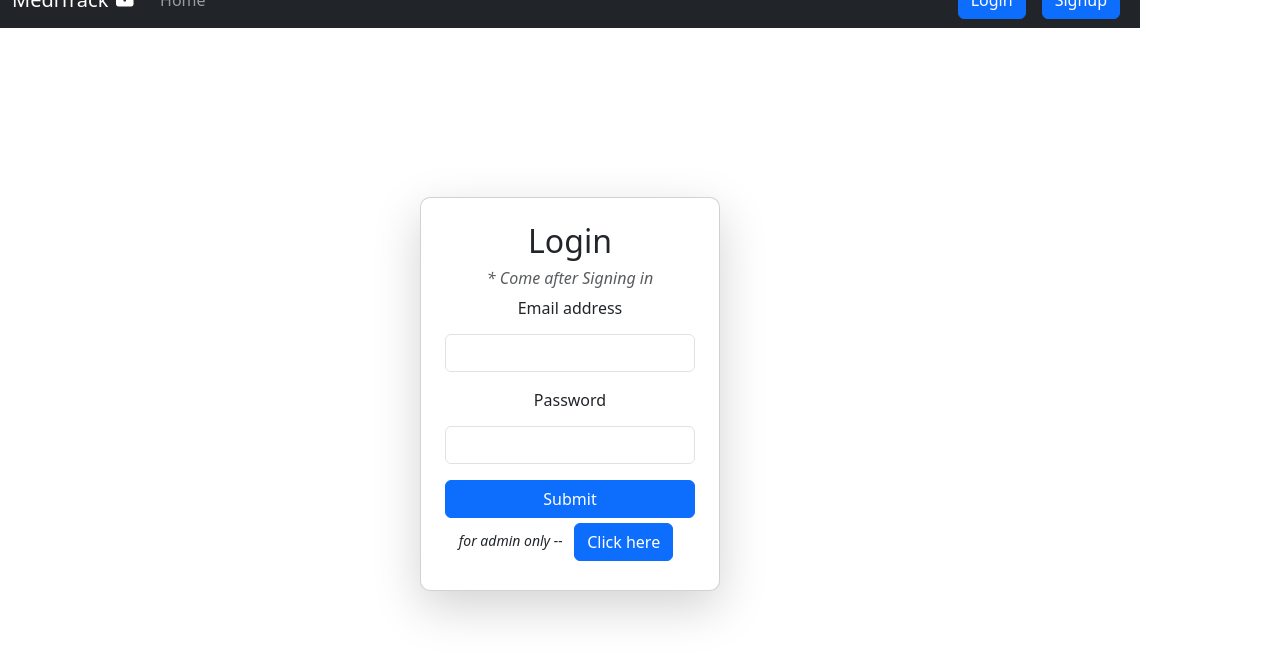
Repository: rahul-chakradhari/PillWise
Page: /login (app in frontend/)
These files come from the project's save history. The page is drawn as it stood at one moment and after a run of saves; the edit follows.
The browser window is 1280 px wide. The pictures show the whole page.
The project was rebuilt for these pictures with package versions that can differ from the ones it lists, and the page was loaded fresh each time. Also part of the build but not shown: frontend/vite.config.js, frontend/src/components/Home.jsx, frontend/src/components/History.jsx, frontend/src/components/Remainder.jsx, frontend/src/components/Doctors.jsx, frontend/src/components/Healthy.jsx, frontend/src/components/Prescription.jsx, frontend/src/components/Signup.jsx and 1 more.

Above is the page before, as saved 2025-03-10 16:03:17.

After the next 2 saves:
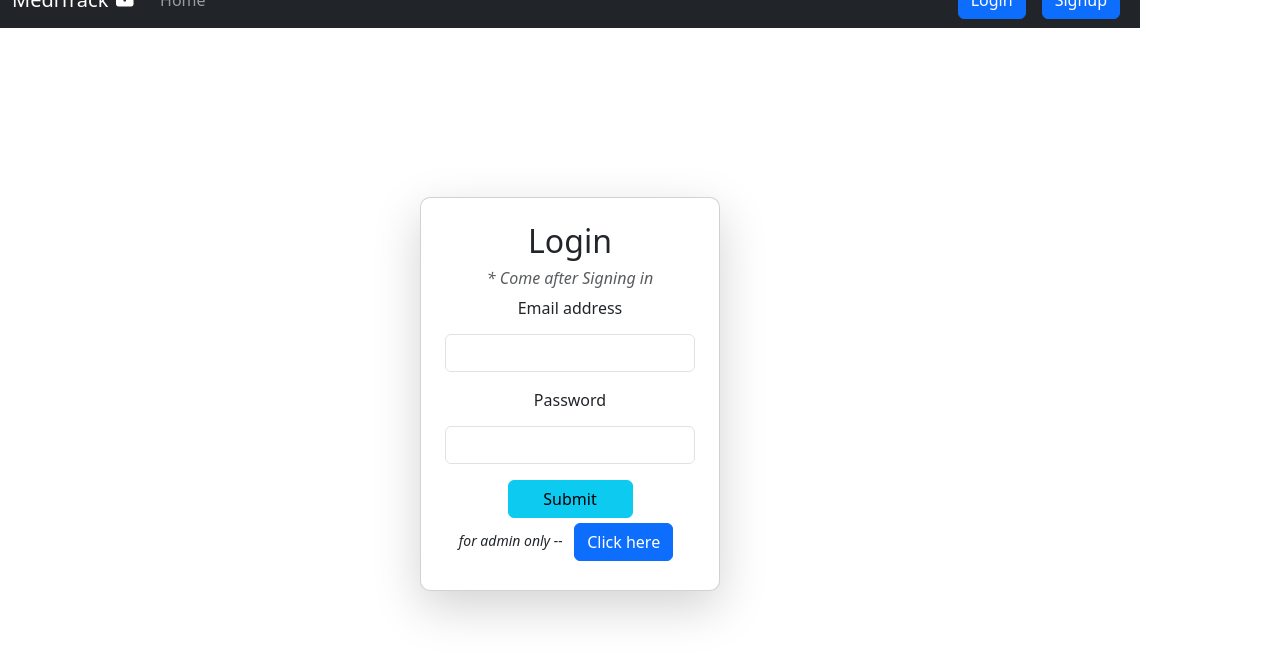
The 2 saves are shown as one change because they came seconds apart.
The last was saved 33 s later.
--- a/frontend/src/components/Login.jsx
+++ b/frontend/src/components/Login.jsx
@@ -63,7 +63,7 @@
               required
             />
           </div>
-          <button type="submit" className="btn btn-primary w-100">
+          <button type="submit" className="btn btn-info w-50">
             Submit
           </button>
         </form>

After the save that followed:
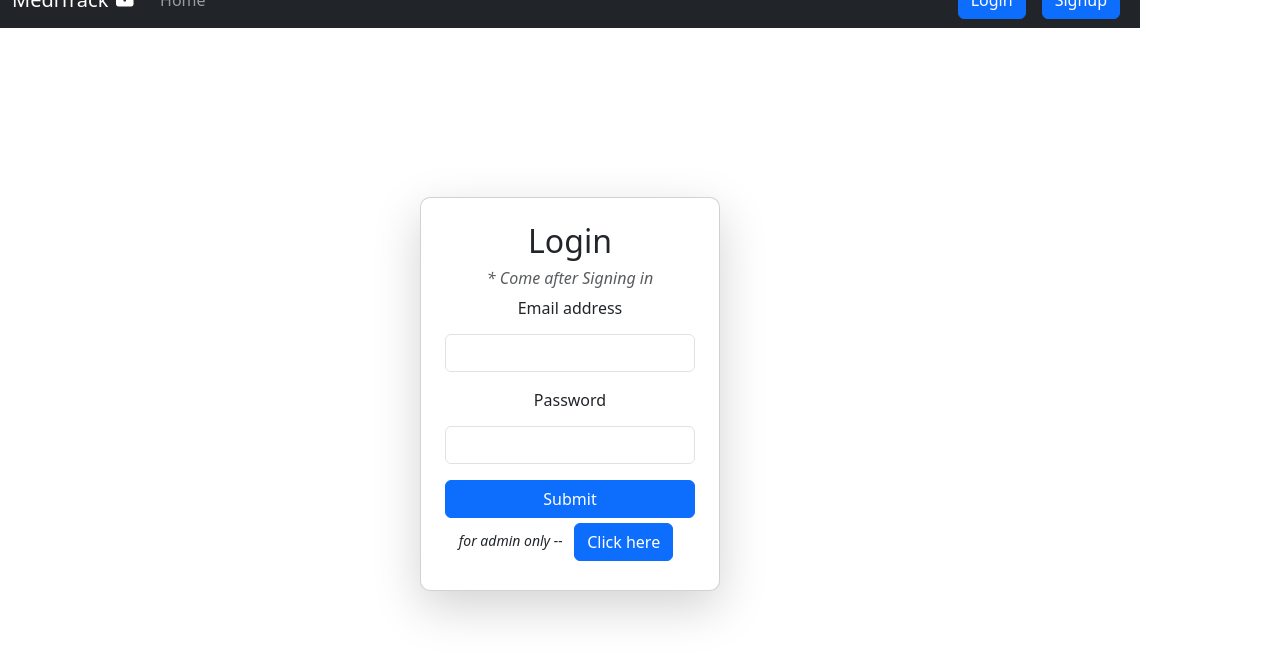
Saved 11 s later.
--- a/frontend/src/components/Login.jsx
+++ b/frontend/src/components/Login.jsx
@@ -63,7 +63,7 @@
               required
             />
           </div>
-          <button type="submit" className="btn btn-info w-50">
+          <button type="submit" className="btn btn-primary w-100">
             Submit
           </button>
         </form>
